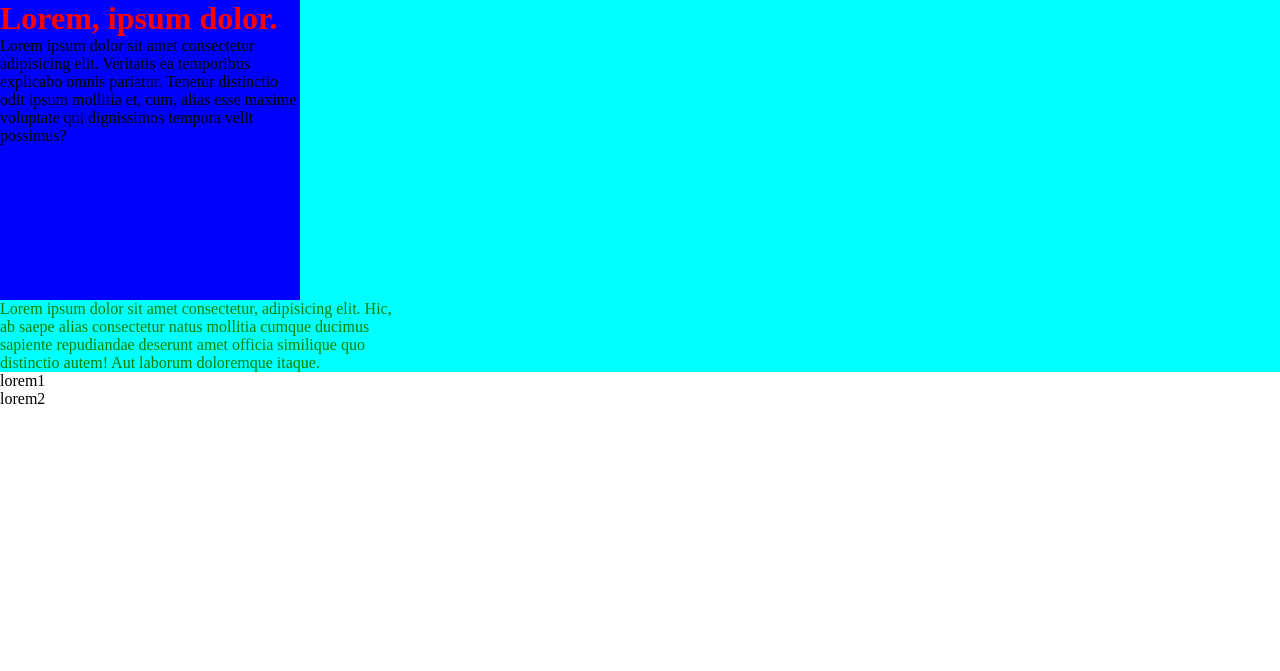
Repository: AytacSafarova/Scss-sample
Page: pages/homePage/index.html
An editor plug-in stored every save of this project. The page is shown before and after the next save, followed by the edit.
The browser window is 1280 px wide. The pictures show the whole page.
The style sheet was rebuilt from its Sass, Less or Tailwind sources for each picture, by a compiler version that may differ from the author's.

Above is the page before, as saved 2023-11-09 14:21:30.

After the next save:
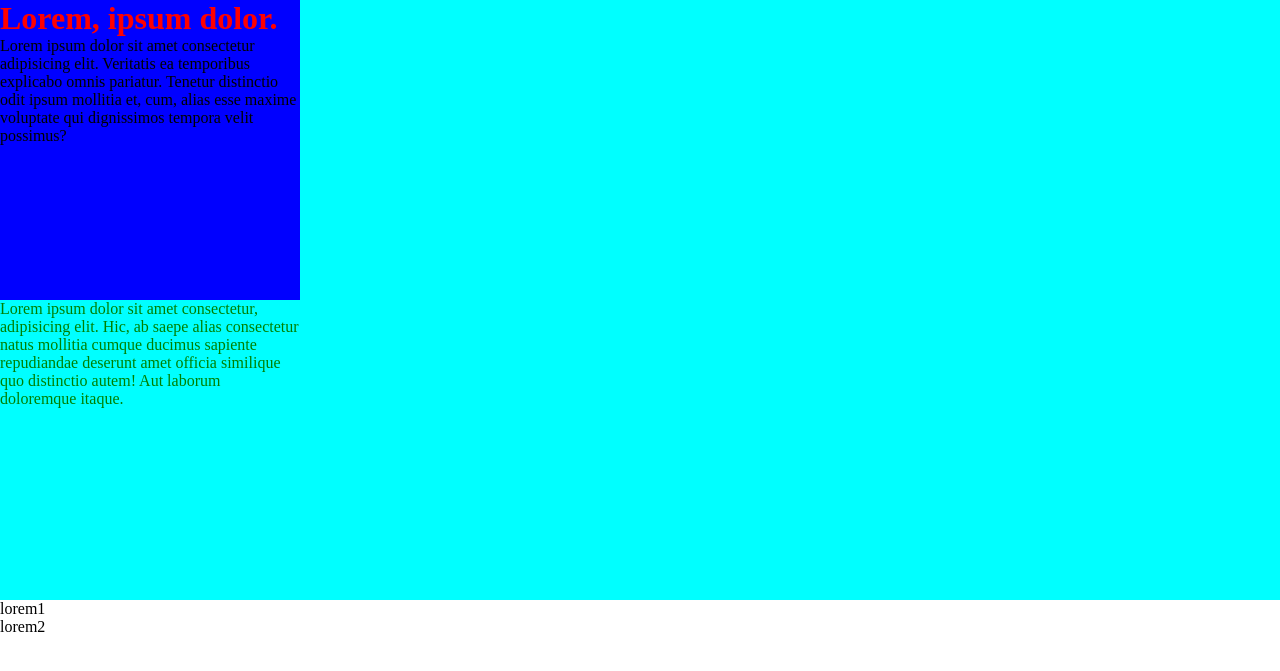
Saved 7 s later.
--- a/pages/homePage/index.scss
+++ b/pages/homePage/index.scss
@@ -9,7 +9,8 @@
     }
   }
   .child-1{
-    width: 400px;
+    width: 300px;
+    height: 300px;
     p{
         color: green;
     }
